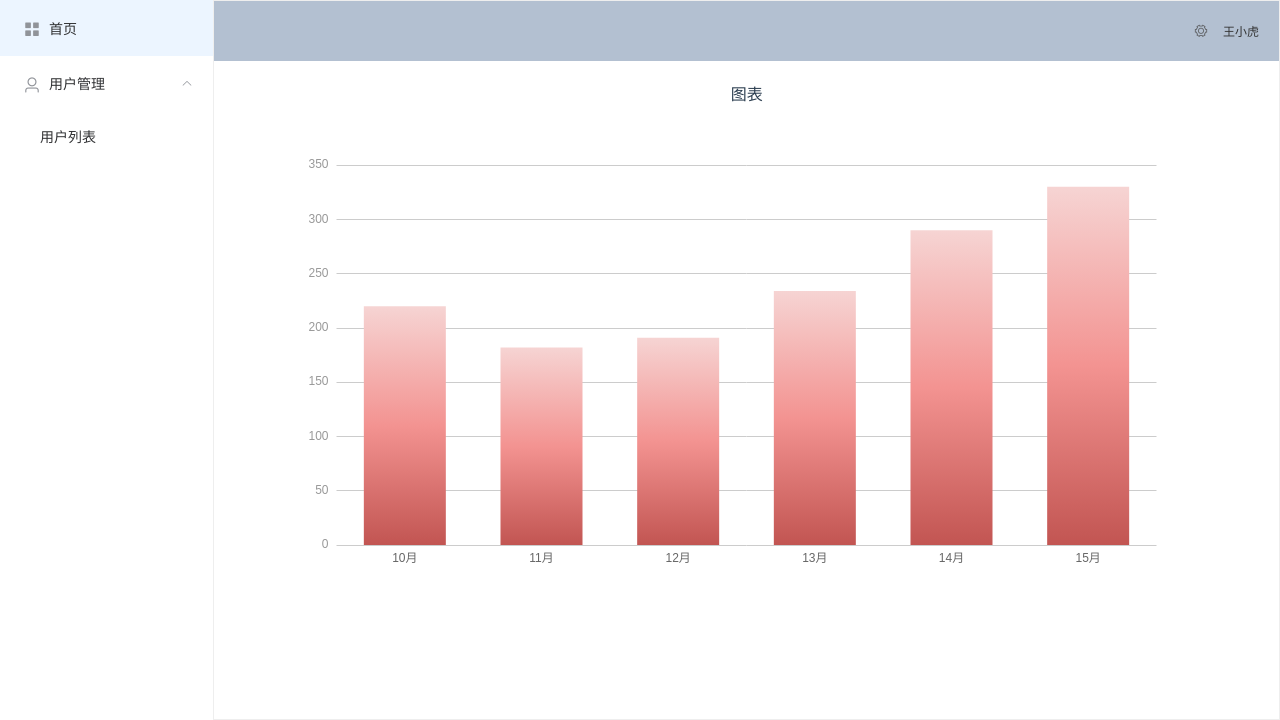
Repository: cmw520520/admin_vue
Page: /#/example/echart
An editor plug-in stored every save of this project. The page is shown before and after the next save, followed by the edit.
The browser window is 1280 px wide. The pictures show the whole page.
The project was rebuilt for these pictures with package versions that can differ from the ones it lists, and the page was loaded fresh each time. Also part of the build but not shown: src/page/home/Home.vue, src/page/user/UserList.vue.

Above is the page before, as saved 2019-07-01 13:32:39.

### index.html
<!DOCTYPE html>
<html>
  <head>
    <meta charset="utf-8">
    <meta name="viewport" content="width=device-width,initial-scale=1.0">
    <title>cmw</title>
  </head>
  <body>
    <div id="app"></div>
    <!-- built files will be auto injected -->
  </body>
</html>

### src/App.vue
<template>
  <div id="app">
    <!-- <img src="./assets/logo.png"> -->
    <router-view/>
  </div>
</template>

<script>
export default {
  name: 'App'
}
</script>

<style>
#app {
  font-family: 'Avenir', Helvetica, Arial, sans-serif;
  -webkit-font-smoothing: antialiased;
  -moz-osx-font-smoothing: grayscale;
  text-align: center;
  color: #2c3e50;
  width: 100%;
  height: 100%;
  /* margin-top: 60px; */
}

body, html {
  margin: 0;
  padding: 0;
  height: 100%;
  width: 100%;
}
</style>

### src/router/index.js
import Vue from 'vue'
import Router from 'vue-router'
// import HelloWorld from '@/components/HelloWorld'
import Manage from '@/page/Manage'
import Home from '@/page/home/Home'
import UserList from '@/page/user/UserList'
import Echart from '../../example/Echart'

Vue.use(Router)

export default new Router({
  routes: [
    {
      path: '/',
      name: '',
      component: Manage,
      children: [
        {
          path: '',
          component: Home,
          meta: []
        },
        {
          path: '/user/userlist',
          component: UserList,
          meta: []
        },
        {
          path: '/example/echart',
          component: Echart,
          meta: ['图表']
        }
      ]
    }
  ]
})

### src/page/Manage.vue
<template>
  <el-container style="height: 100%;">
    <el-col :span="4" style="background-color: #ffffff;overflow:hidden;">
      <el-slider></el-slider>
    </el-col>

    <el-col :span="20" style="border: 1px solid #eee;overflow: auto;overflow-scrolling: touch;">
      <el-header style="text-align: right; font-size: 12px">
        <el-dropdown>
          <i class="el-icon-setting" style="margin-right: 15px"></i>
          <el-dropdown-menu slot="dropdown">
            <el-dropdown-item>查看</el-dropdown-item>
            <el-dropdown-item>新增</el-dropdown-item>
            <el-dropdown-item>删除</el-dropdown-item>
          </el-dropdown-menu>
        </el-dropdown>
        <span>王小虎</span>
      </el-header>

      <el-main>
        <transition name="fade" mode="out-in">
            <router-view></router-view>
        </transition>
      </el-main>
    </el-col>
  </el-container>
</template>

<script>
import slider from '@/components/Slider'

export default {
  name: 'manage',
  components: {
    'el-slider': slider
  }
}
</script>

<style>
.el-header {
  background-color: #b3c0d1;
  color: #333;
  line-height: 60px;
}

.el-aside {
  color: #333;
}

.fade-enter-active, .fade-leave-active {
    transition: opacity 0.5s, transform 0.5s;
}

.fade-enter, .fade-leave-to {
    opacity: 0;
}
</style>

### example/Echart.vue
<template>
  <el-row>
    <el-col>图表</el-col>
    <el-col>
        <div id="main" style="height:500px;"></div>
    </el-col>
  </el-row>
</template>

<script>
import echarts from "echarts/lib/echarts";
// 引入柱状图
import "echarts/lib/chart/bar";

export default {
  name: "echart",
  data() {
    return {
      chartBar: null
    }
  },
  mounted() {
    // 初始化图表
    this.chartInit();
  },
  methods: {
    // 初始化图表
    chartInit () {
      this.chartBar = echarts.init(document.getElementById("main"));
      this.chartBar.setOption({
          xAxis: {
            data:  ['10月', '11月', '12月', '13月', '14月', '15月'],
            axisLabel: {
                inside: false,
                textStyle: {
                    color: '#666666'
                }
            },
            axisTick: {
                show: false
            },
            axisLine: {
                show: false
            },
            z: 10
            },
          yAxis: {
            axisLine: {
                show: false
            },
            axisTick: {
                show: false
            },
            axisLabel: {
                textStyle: {
                    color: '#999'
                }
            }
          },
          dataZoom: [
            {
                type: 'inside'
            }
          ],
          series: [
            { // For shadow
                type: 'bar',
                itemStyle: {
                    normal: {color: 'rgba(0,0,0,0.05)'}
                },
                barGap:'-100%',
                barCategoryGap:'40%',
                data: [],
                animation: false
            },
            {
                type: 'bar',
                itemStyle: {
                    normal: {
                        color: new echarts.graphic.LinearGradient(
                            0, 0, 0, 1,
                            [
                                {offset: 0, color: '#f6d4d3'},
                                {offset: 0.5, color: '#f39391'},
                                {offset: 1, color: '#C25552'}
                            ]
                        )
                    },
                    emphasis: {
                        color: new echarts.graphic.LinearGradient(
                            0, 0, 0, 1,
                            [
                                {offset: 1, color: '#f6d4d3'},
                                {offset: 0.5, color: '#f39391'},
                                {offset: 0, color: '#C25552'}
                            ]
                        )
                    }
                },
                data: [220, 182, 191, 234, 290, 330]
            }
          ]
        });
    }
  }
}
</script>

<style>
</style>

### src/components/Slider.vue
<template>
  <el-menu :default-openeds="['1', '3']" style="border:none;text-align:left;" router>
    <label v-for="(item, index) in navMenu" :key="index">
      <el-menu-item v-if="item.isHeader" :index="item.component">
        <i :class=item.icon></i>
        <span slot="title">{{ item.name }}</span>
      </el-menu-item>

      <el-submenu v-else :index="String(index)">
        <template slot="title">
          <i :class=item.icon></i>{{ item.name }}
        </template>
        <el-menu-item v-for="(item2, index2) in item.children" :key="index2" :index="item2.component">{{ item2.name }}</el-menu-item>
      </el-submenu>
    </label>
  </el-menu>
</template>

<script>
export default {
  name: 'slider',
  data () {
    return {
      navMenu: [
        {
          isHeader: true,
          name: '首页',
          icon: 'el-icon-menu',
          component: '/'
        },
        {
          name: '用户管理',
          icon: 'el-icon-user',
          children: [
            {
              name: '用户列表',
              component: '/user/userlist'
            }
          ]
        }
      ]
    }
  }
}
</script>

<style>
</style>

Loaded but not shown: src/main.js (common file)

After the next save:
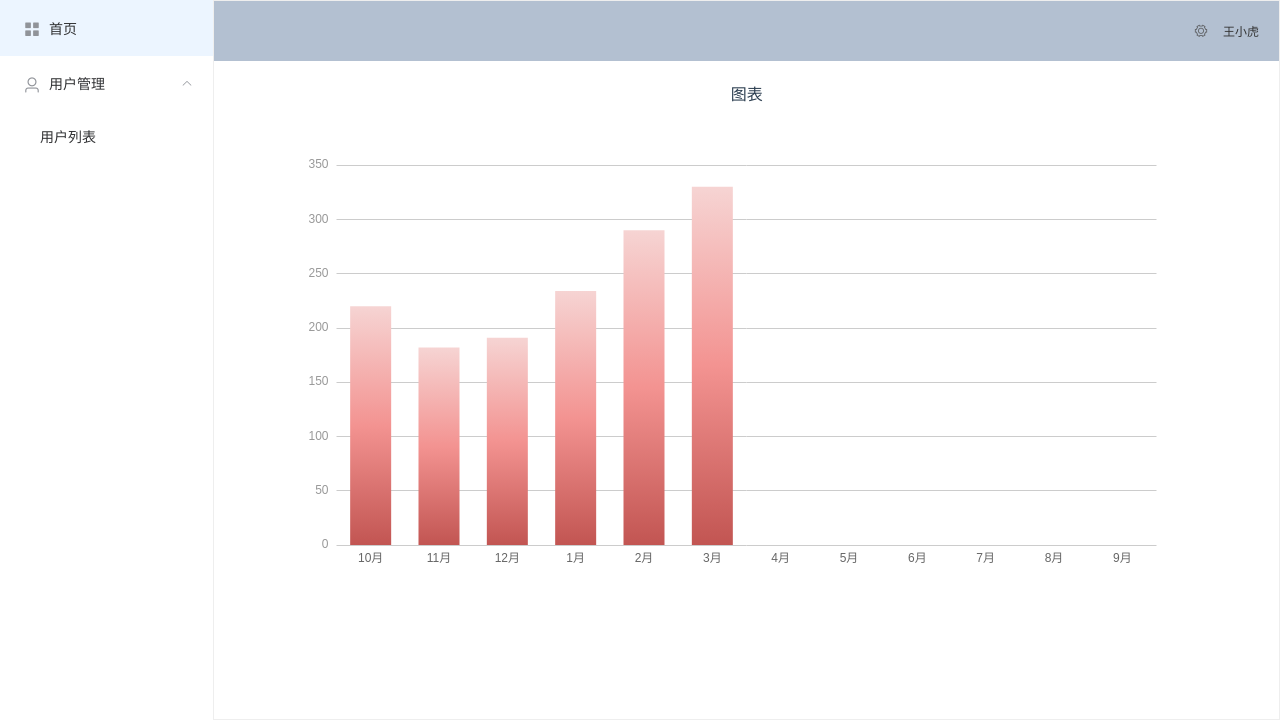
Saved 3 min 44 s later.
--- a/example/Echart.vue
+++ b/example/Echart.vue
@@ -29,7 +29,7 @@ export default {
       this.chartBar = echarts.init(document.getElementById("main"));
       this.chartBar.setOption({
           xAxis: {
-            data:  ['10月', '11月', '12月', '13月', '14月', '15月'],
+            data:  ['10月', '11月', '12月', '1月', '2月', '3月', '4月', '5月', '6月', '7月', '8月', '9月'],
             axisLabel: {
                 inside: false,
                 textStyle: {
